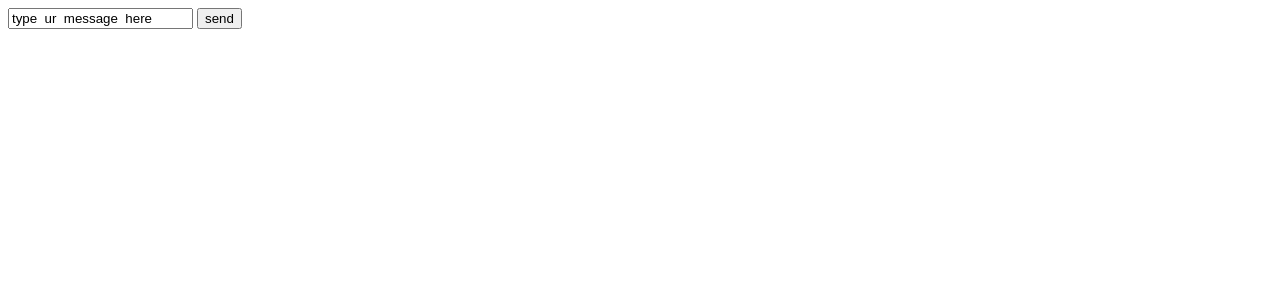
Repository: heenasalim/Java_Script
Page: Simplehtmldemo/WebContent/Messages.html
These files come from the project's save history. The page is drawn as it stood at one moment and after the next save; the edit follows.
The browser window is 1280 px wide. The pictures show the whole page.

Above is the page before, as saved 2015-10-12 10:11:14.

After the next save:
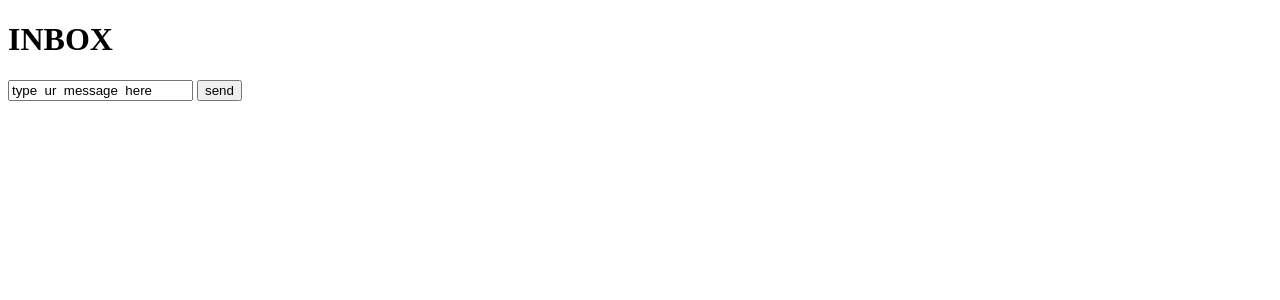
Saved 20 s later.
--- a/Simplehtmldemo/WebContent/Messages.html
+++ b/Simplehtmldemo/WebContent/Messages.html
@@ -6,6 +6,7 @@
 </head>
 <body>
 <form  action=MessageServlet>
+<h1>INBOX</h1>
 <input  type="text"    id="t" value="type  ur  message  here"/>
 <input  type="submit"    value="send">
 </form>
